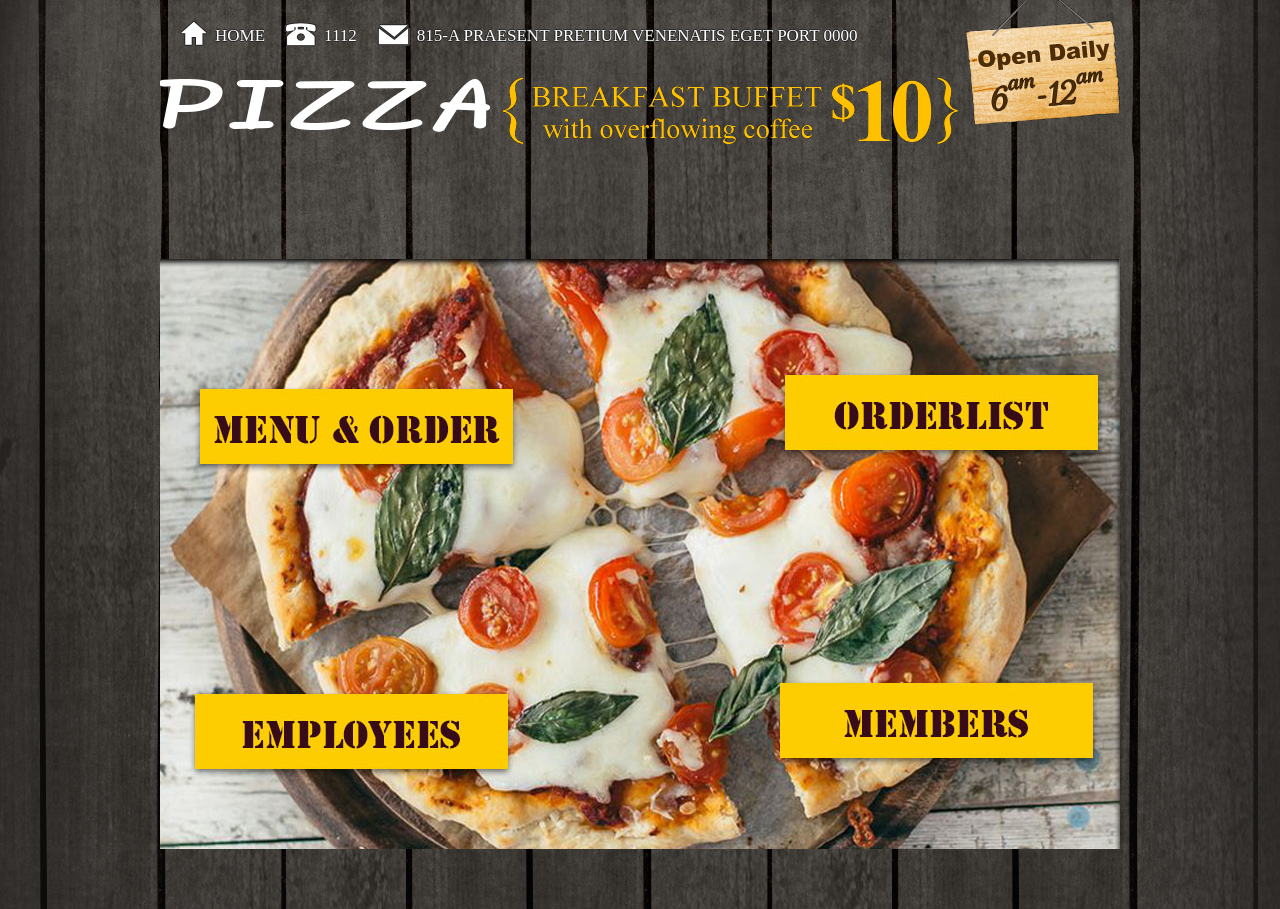
Repository: WarapornPum/OoadProject
Page: http://localhost/PizzaOrderSystem/Home.jsp
These files come from the project's save history. The page is drawn as it stood at one moment and after the next save; the edit follows.
The browser window is 1280 px wide. The pictures show the whole page.
The page is served by Tomcat 9.

Above is the page before, as saved 2019-02-17 05:48:28.

After the next save:
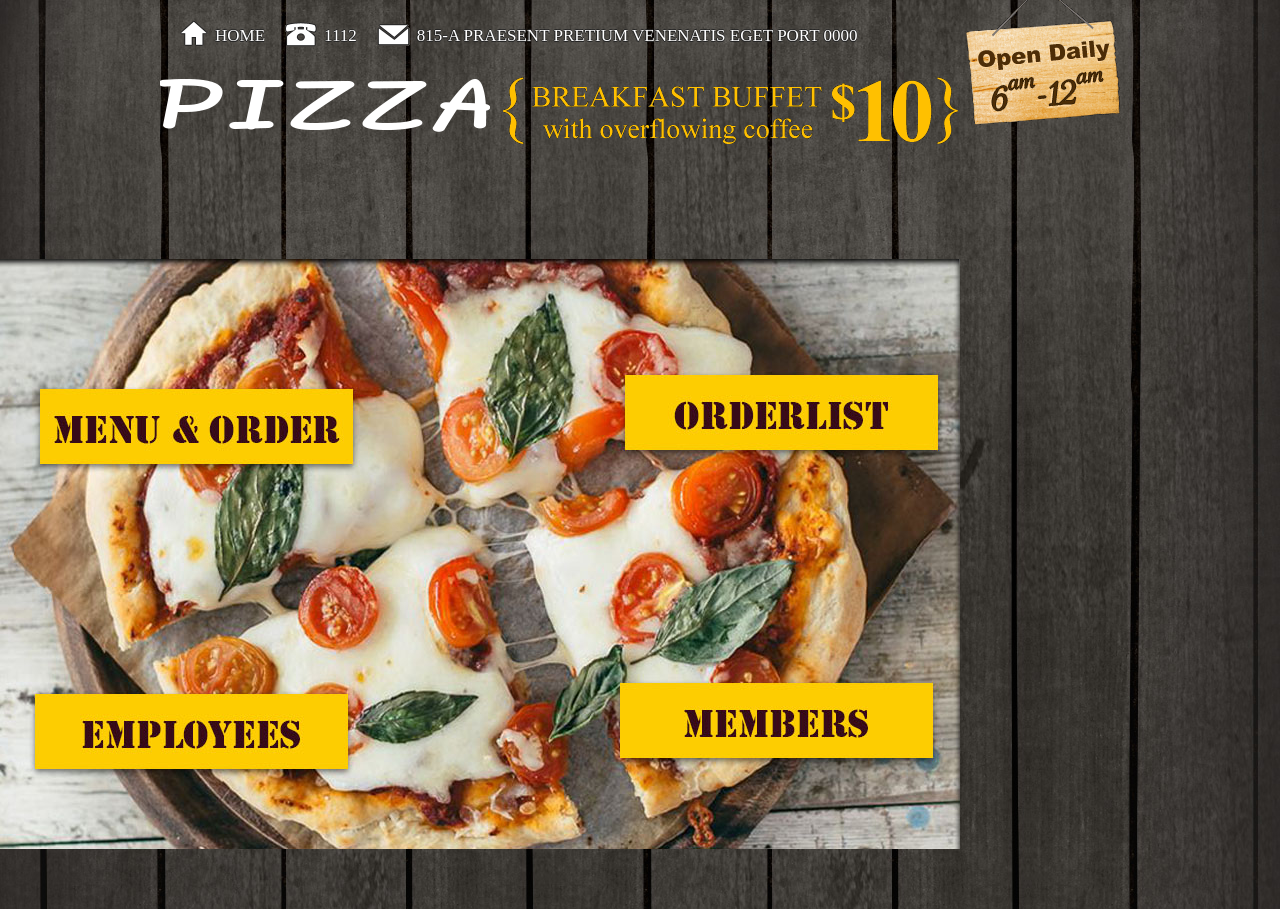
Saved 22 min 2 s later.
--- a/PizzaOrderSystem/WebContent/css/style.css
+++ b/PizzaOrderSystem/WebContent/css/style.css
@@ -139,7 +139,7 @@
 
 /*-------------------------- Contents --------------------------*/
 #body {
-	width: 960px;
+	width: 100%;
 	margin: 0px auto 50px;
 }
 

After the save that followed:
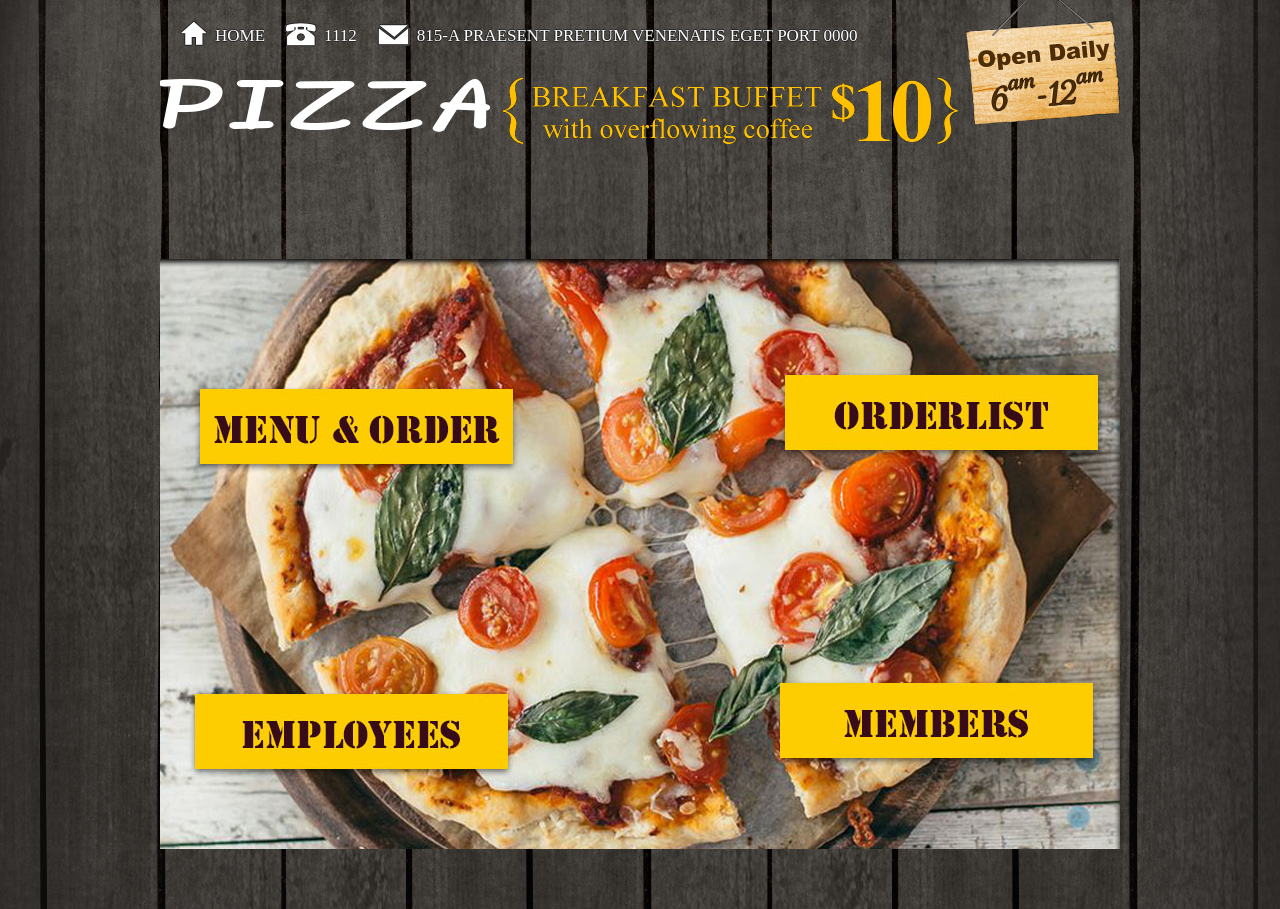
Saved 94 s later.
--- a/PizzaOrderSystem/WebContent/css/style.css
+++ b/PizzaOrderSystem/WebContent/css/style.css
@@ -139,7 +139,7 @@
 
 /*-------------------------- Contents --------------------------*/
 #body {
-	width: 100%;
+	width: 960px;
 	margin: 0px auto 50px;
 }
 
@@ -232,7 +232,7 @@
 }
 
 #contents div {
-	width: 960px;
+	width: 100%;
 	margin: 0px auto;
 	overflow: hidden;
 }
